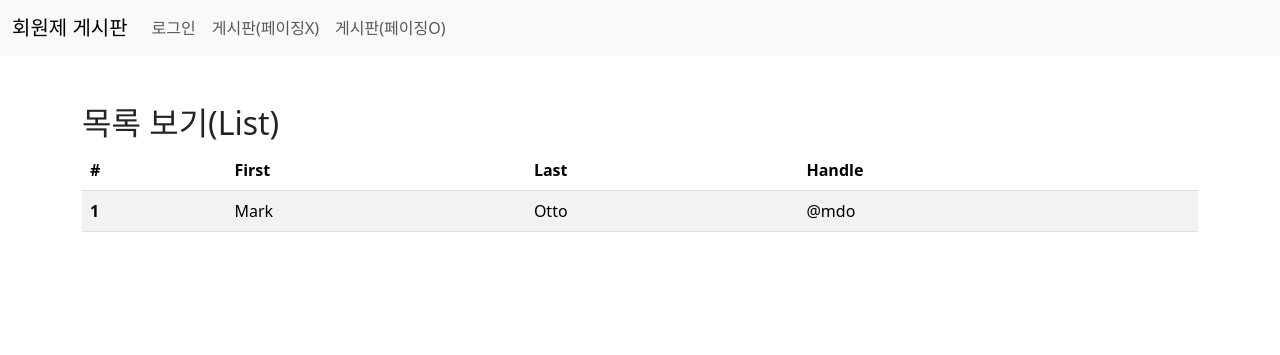
Repository: jungwoonAn/jsp_basic
Page: http://localhost/MustHaveJSP/BS_Board/List.jsp
These files come from the project's save history. The page is drawn as it stood at one moment and after the next save; the edit follows.
The browser window is 1280 px wide. The pictures show the whole page.
The page is served by Tomcat 10. Other server files are loaded and not shown.

Above is the page before, as saved 2024-10-23 01:40:08.

### MustHaveJSP/src/main/webapp/BS_Board/List.jsp
<%@ page language="java" contentType="text/html; charset=UTF-8"
    pageEncoding="UTF-8"%>
<!DOCTYPE html>
<html>
<head>
<meta charset="UTF-8">
<title>Insert title here</title>
<link rel="stylesheet" href="https://cdn.jsdelivr.net/npm/bootstrap@5.3.3/dist/css/bootstrap.min.css">
</head>
<body>
	<jsp:include page="../Common/BSLink.jsp" />

	<div class="container">
		<h2 class="mt-5">목록 보기(List)</h2>
		<!-- 검색 폼 -->
		<!-- form태그에 action이 없으면 어디로?? => 직전화면으로 이동 -->
		<form method="get">

		</form>

		<form method="get">
			<table class="table table-striped">
				<thead>
				    <tr>
					      <th scope="col">#</th>
					      <th scope="col">First</th>
					      <th scope="col">Last</th>
					      <th scope="col">Handle</th>
				    </tr>
				</thead>
				<tbody>
				    <tr>
					      <th scope="row">1</th>
					      <td>Mark</td>
					      <td>Otto</td>
					      <td>@mdo</td>
				    </tr>
				</tbody>
			</table>
		</form>
	</div>

	<script src="https://cdn.jsdelivr.net/npm/@popperjs/core@2.11.8/dist/umd/popper.min.js"></script>
	<script src="https://cdn.jsdelivr.net/npm/bootstrap@5.3.3/dist/js/bootstrap.min.js"></script>
</body>
</html>

### MustHaveJSP/src/main/webapp/Common/BSLink.jsp
<%@ page language="java" contentType="text/html; charset=UTF-8"
    pageEncoding="UTF-8"%>
<nav class="navbar navbar-expand-lg bg-body-tertiary">
  <div class="container-fluid">
    <a class="navbar-brand" href="List.jsp">회원제 게시판</a>
    <button class="navbar-toggler" type="button" data-bs-toggle="collapse" data-bs-target="#navbarNav" aria-controls="navbarNav" aria-expanded="false" aria-label="Toggle navigation">
      <span class="navbar-toggler-icon"></span>
    </button>
    <div class="collapse navbar-collapse" id="navbarNav">
      <ul class="navbar-nav">
        <!-- 로그인 여부에 따른 메뉴 변화 -->
		<% if(session.getAttribute("UserId")==null) {
		%>
			<li class="nav-item">
	          <a class="nav-link" href="../Common/LoginForm.jsp">로그인</a>
	        </li>
		<%
		}else {
		%>
			<li class="nav-item">
	          <a class="nav-link" href="../Common/Logout.jsp">로그아웃</a>
	        </li>
		<%
		}
		%>
        <li class="nav-item">
          <a class="nav-link" href="../BS_Board/List.jsp">게시판(페이징X)</a>
        </li>
        <li class="nav-item">
          <a class="nav-link" href="../09_PagingBoard/List.jsp">게시판(페이징O)</a>
        </li>
      </ul>
    </div>
  </div>
</nav>

After the next save:
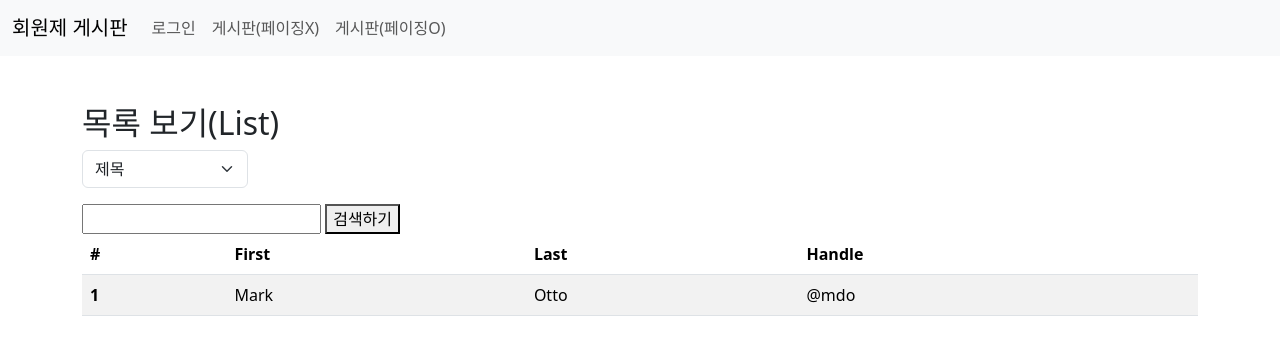
Saved 4 min 45 s later.
--- a/MustHaveJSP/src/main/webapp/BS_Board/List.jsp
+++ b/MustHaveJSP/src/main/webapp/BS_Board/List.jsp
@@ -15,7 +15,17 @@
 		<!-- 검색 폼 -->
 		<!-- form태그에 action이 없으면 어디로?? => 직전화면으로 이동 -->
 		<form method="get">
+			<div class="mb-3 row">
+				<div class="col-2">
+					<select class="form-select" name="searchField">
+					    <option value="title" selected>제목</option>
+					    <option value="content">내용</option>
+					</select>
+				</div>
+			</div>
 
+			<input type="text" name="searchWord">
+			<button type="submit">검색하기</button>
 		</form>
 
 		<form method="get">
